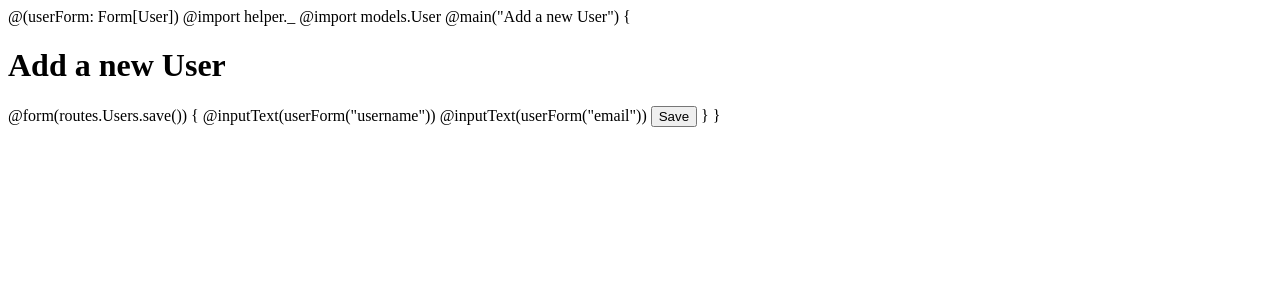
Repository: mlvhub/Learning
Page: Scala/Play!/UserAdmin/.target/views/users/add.scala.html
These files come from the project's save history. The page is drawn as it stood at one moment and after the next save; the edit follows.
The browser window is 1280 px wide. The pictures show the whole page.

Above is the page before, as saved 2013-12-31 08:07:21.

### Scala/Play!/UserAdmin/.target/views/users/add.scala.html
@(userForm: Form[User])

@import helper._
@import models.User

@main("Add a new User") {
  <h1>Add a new User</h1>
  @form(routes.Users.save()) {
      @inputText(userForm("username"))
      @inputText(userForm("email"))
      <button type="submit">Save</button>
  }
}

After the next save:
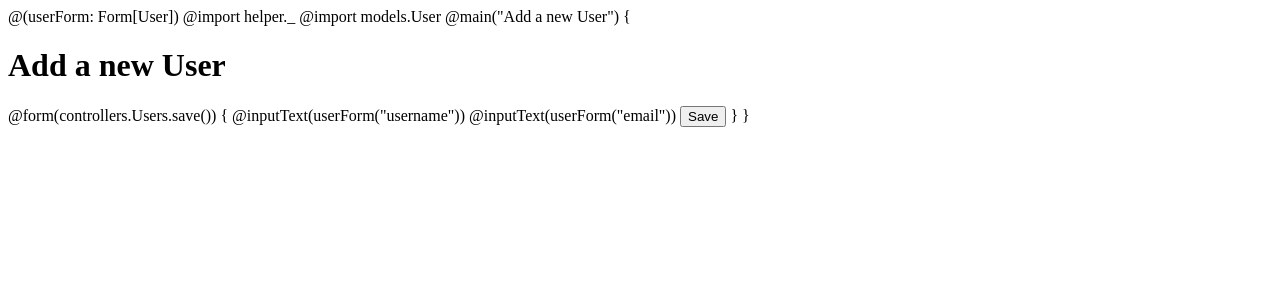
Saved 5 min 0 s later.
--- a/Scala/Play!/UserAdmin/.target/views/users/add.scala.html
+++ b/Scala/Play!/UserAdmin/.target/views/users/add.scala.html
@@ -5,7 +5,7 @@
 
 @main("Add a new User") {
   <h1>Add a new User</h1>
-  @form(routes.Users.save()) {
+  @form(controllers.Users.save()) {
       @inputText(userForm("username"))
       @inputText(userForm("email"))
       <button type="submit">Save</button>
